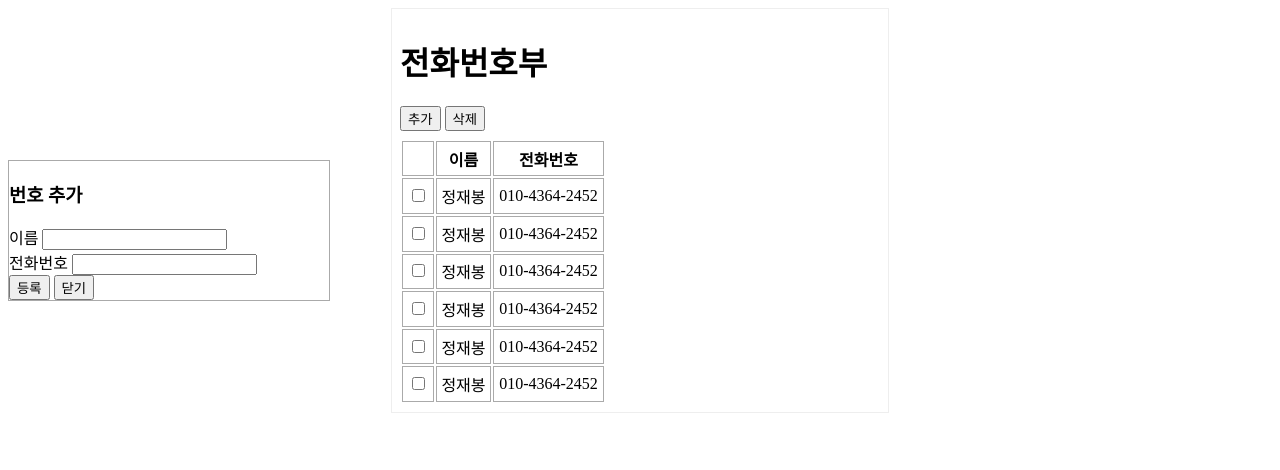
Repository: limjh0513/DGSW_JAVA
Page: 2학기/JAVA_WEB/web/src/main/webapp/phoneBook/phoneBook.html
The author's editor kept a copy of each file at every save. The page is drawn from the files as they stood at one save, then again after the next save.
The browser window is 1280 px wide. The pictures show the whole page.

Above is the page before, as saved 2021-11-03 02:25:31.

### 2학기/JAVA_WEB/web/src/main/webapp/phoneBook/phoneBook.html
<!DOCTYPE html>
<html>
<head>
<meta charset="EUC-KR">
<title>전화번호부</title>
<link rel="stylesheet" href="css/phoneBook.css" />
</head>
<body>
	<div class="main">
		<h1>전화번호부</h1>
		<div class="btn">
			<button>추가</button>
			<button>삭제</button>
		</div>

		<table>
			<thead>
				<tr class="list">
					<th></th>
					<th>이름</th>
					<th>전화번호</th>
				</tr>
			</thead>
			<tbody>
				<tr class="list">
					<td><input type="checkbox" /></td>
					<td>정재봉</td>
					<td>010-4364-2452</td>
				</tr>
			<tbody>
				<tr class="list">
					<td><input type="checkbox" /></td>
					<td>정재봉</td>
					<td>010-4364-2452</td>
				</tr>
			<tbody>
				<tr class="list">
					<td><input type="checkbox" /></td>
					<td>정재봉</td>
					<td>010-4364-2452</td>
				</tr>
			<tbody>
				<tr class="list">
					<td><input type="checkbox" /></td>
					<td>정재봉</td>
					<td>010-4364-2452</td>
				</tr>
			<tbody>
				<tr class="list">
					<td><input type="checkbox" /></td>
					<td>정재봉</td>
					<td>010-4364-2452</td>
				</tr>
			<tbody>
				<tr class="list">
					<td><input type="checkbox" /></td>
					<td>정재봉</td>
					<td>010-4364-2452</td>
				</tr>
		</table>
	</div>

	<div class="registerLayer">
		<h3>번호 추가</h3>
		<div>
			<label>이름</label>
			<input type="text" name="name"/>
		</div>
		<div>
			<label>전화번호</label>
			<input type="text" name="phoenNumber"/>
		</div>
		<div>
			<input type="button" value="등록"/>
			<input type="button" value="닫기"/>
		</div>
	</div>
</body>
</html>

### 2학기/JAVA_WEB/web/src/main/webapp/phoneBook/css/phoneBook.css
@charset "EUC-KR";

.main {
	width: 30rem;
	border: 1px solid #EEE;
	margin: 0 auto 0 auto;
	padding: 0.5rem;
}

.btn{
	text-align: rigth;
	padding-right: 3rem;
	margin-bottom: 0.5rem;
}

.list{
	width: 95%;
	margin: 0 auto 0 auto;
	border-collapse: collapse;
}

.list th, td{
	border: 1px solid #AAA;
	padding: 0.3rem;
	text-align: center;
}

.registerLayer{
	width: 20rem;
	margin: 0 auto;
	border: 1px solid #AAA;
	position: absolute;
	top: 10rem;
	background-color: #FFFFFF
}

After the next save:
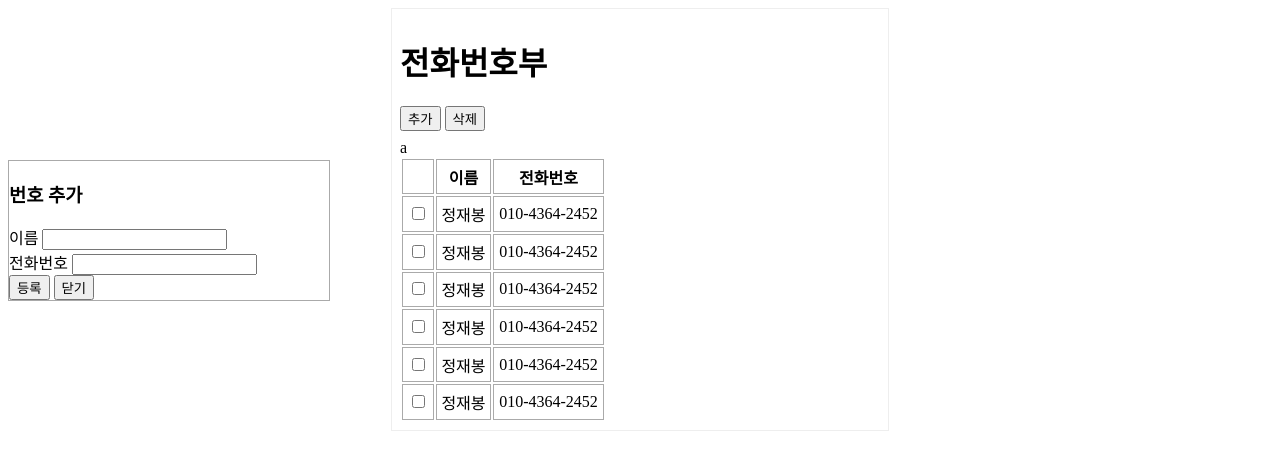
Saved 36 s later.
--- a/2학기/JAVA_WEB/web/src/main/webapp/phoneBook/phoneBook.html
+++ b/2학기/JAVA_WEB/web/src/main/webapp/phoneBook/phoneBook.html
@@ -37,7 +37,7 @@
 				<tr class="list">
 					<td><input type="checkbox" /></td>
 					<td>정재봉</td>
-					<td>010-4364-2452</td>
+					<td>010-4364-2452</td>a
 				</tr>
 			<tbody>
 				<tr class="list">

After the save that followed:
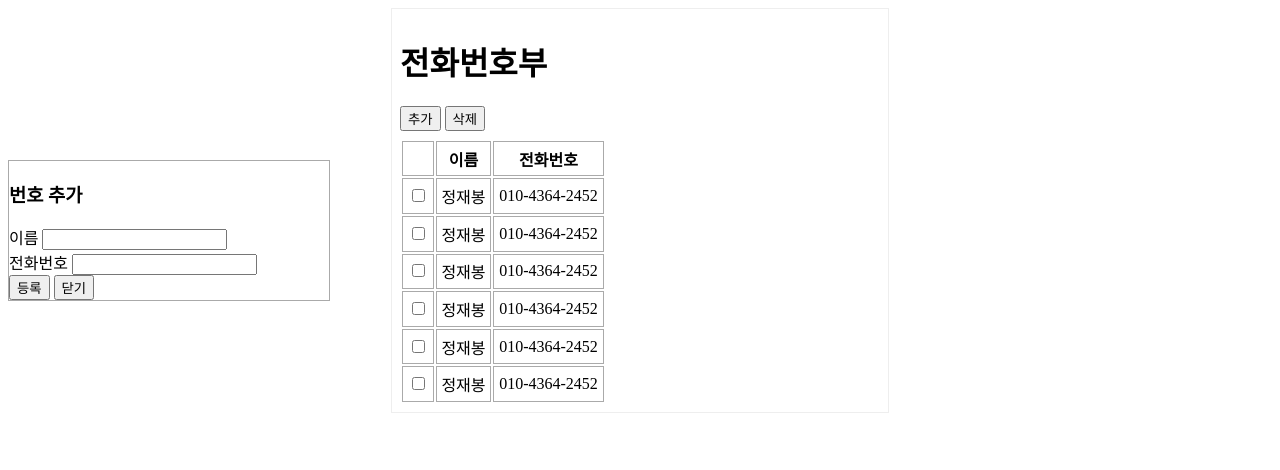
Saved 4 s later.
--- a/2학기/JAVA_WEB/web/src/main/webapp/phoneBook/phoneBook.html
+++ b/2학기/JAVA_WEB/web/src/main/webapp/phoneBook/phoneBook.html
@@ -37,7 +37,7 @@
 				<tr class="list">
 					<td><input type="checkbox" /></td>
 					<td>정재봉</td>
-					<td>010-4364-2452</td>a
+					<td>010-4364-2452</td>
 				</tr>
 			<tbody>
 				<tr class="list">
